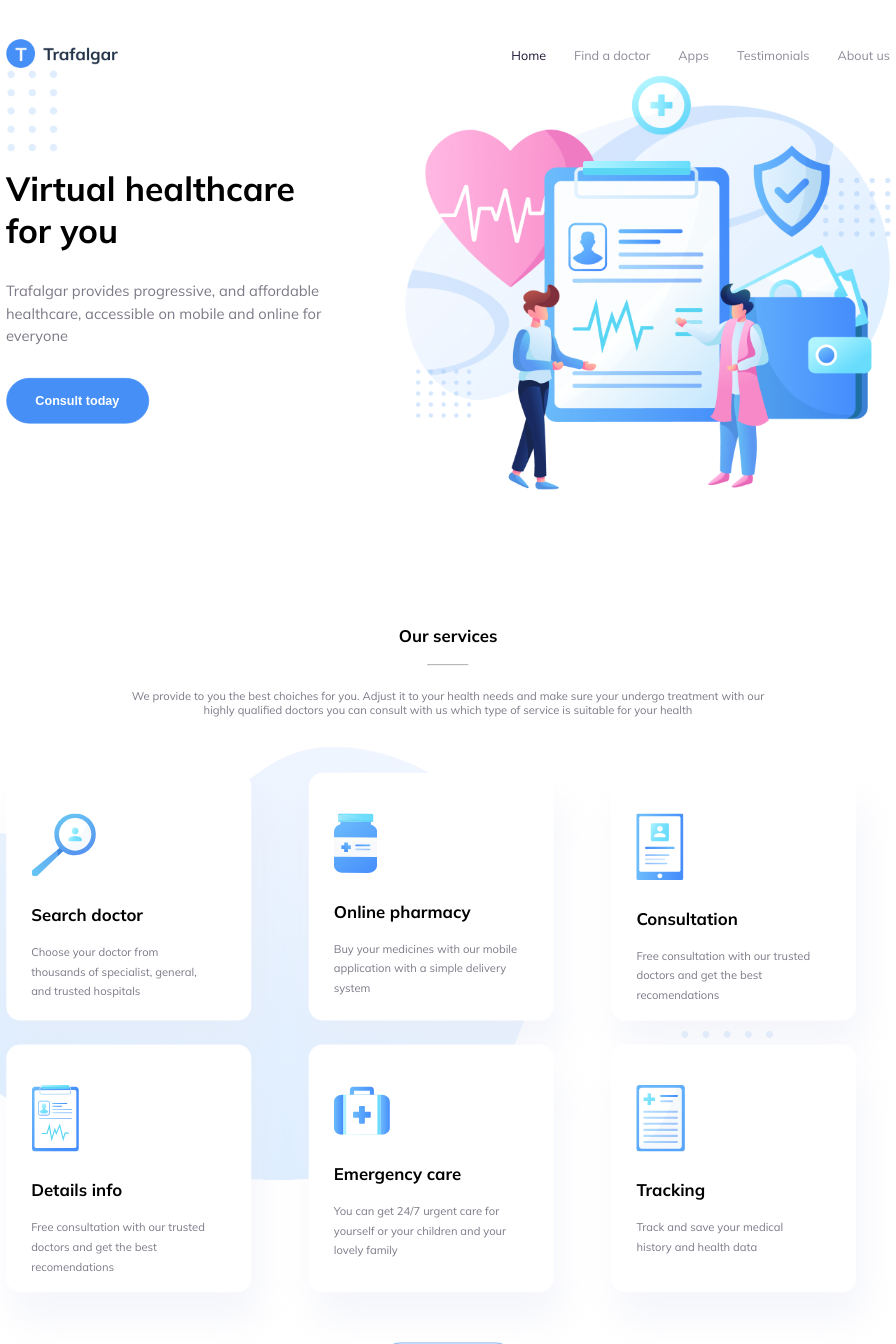
Repository: ivan-developer-01/trafalgar-layout
Page: index.html
An editor plug-in stored every save of this project. The page is shown before and after the next save, followed by the edit.
The browser window is 1280 px wide. The pictures show the part of the page from y = 0 to 1920 px (the page is 4552 px tall), at 70% of full size.

Above is the page before, as saved 2024-11-09 11:14:57.

After the next save:
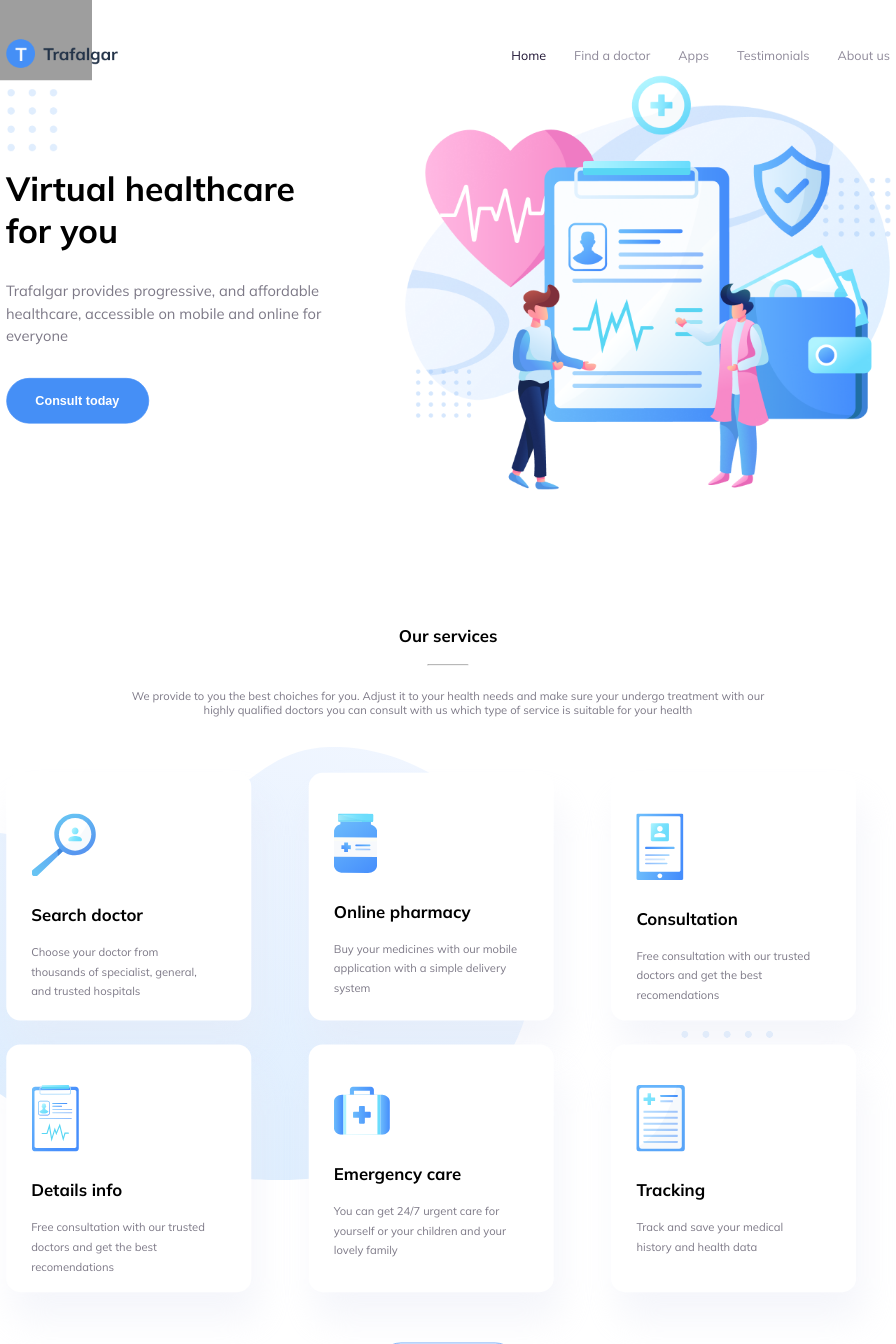
Saved 18 s later.
--- a/style.css
+++ b/style.css
@@ -352,9 +352,9 @@ p {
 .reviews .container::before {
 	content: '';
 	display: block;
-	position: relative;
-	width: 120%;
-	height: 120%;
+	position: absolute;
+	width: 132px;
+	height: 115px;
 	top: 0;
 	left: 0;
 	/* right: 0; */

After the save that followed:
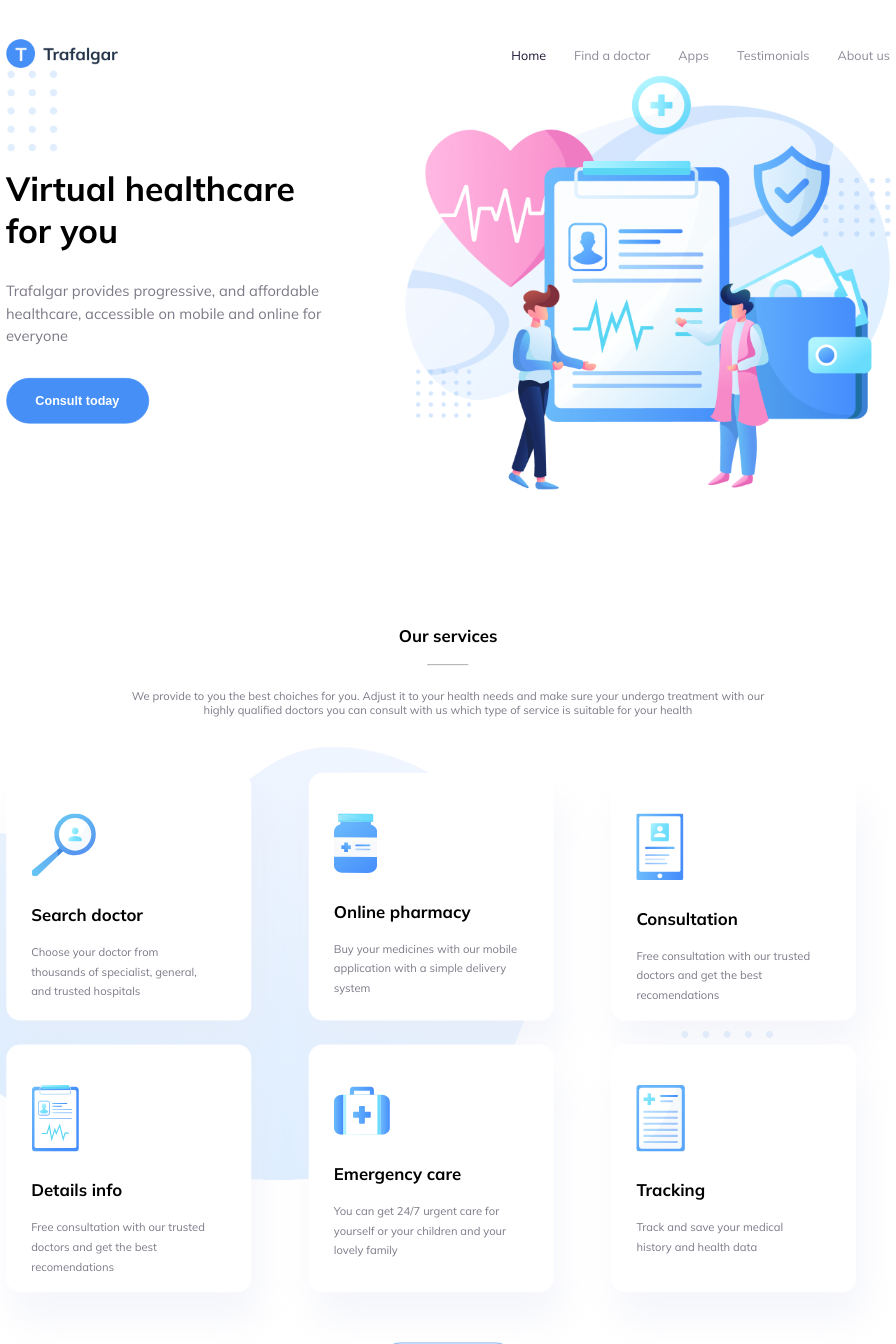
Saved 26 s later.
--- a/style.css
+++ b/style.css
@@ -347,6 +347,10 @@ p {
 
 .reviews .arrow-container-right {
 	margin-left: 90px;
+}
+
+.reviews .container {
+	position: relative;
 }
 
 .reviews .container::before {
